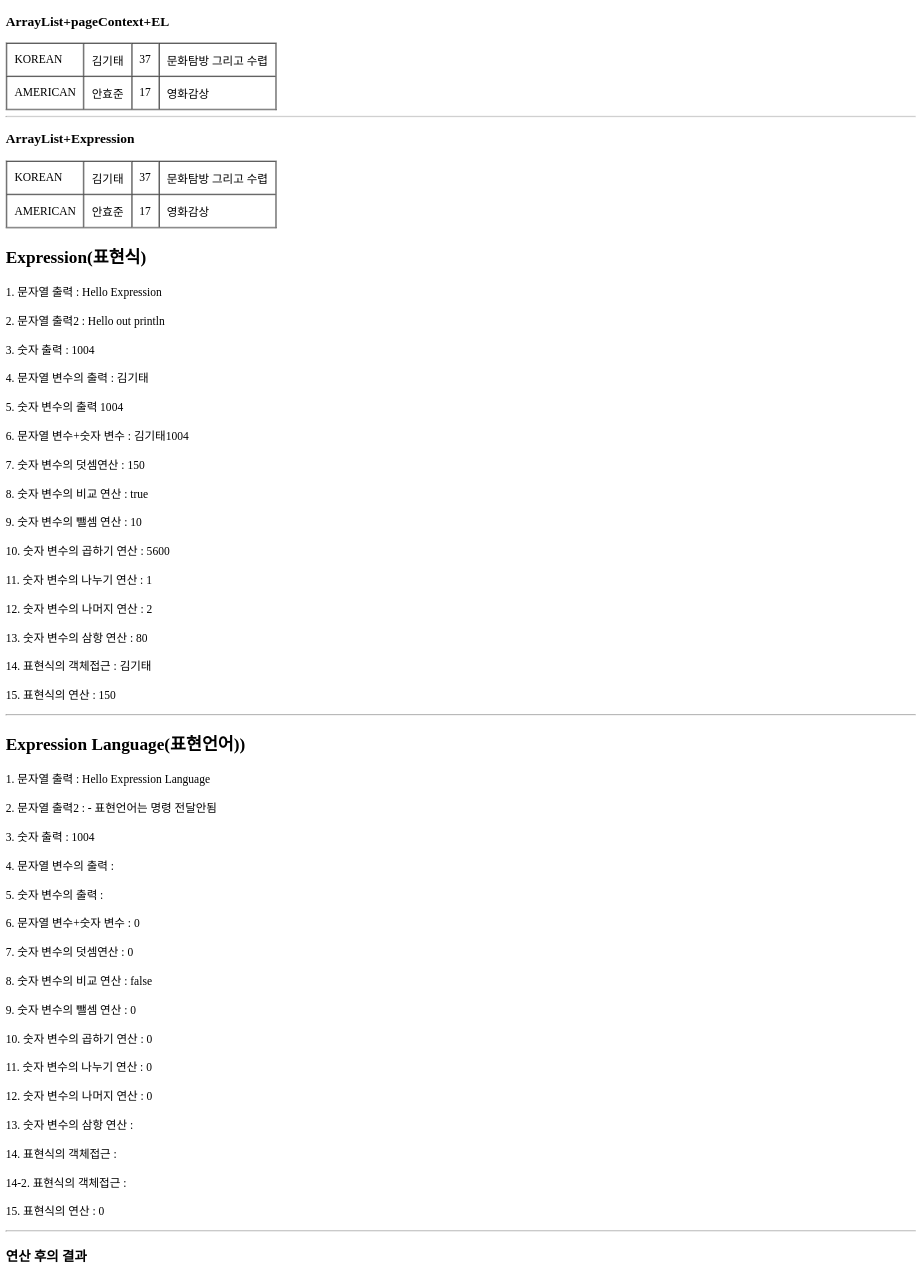
Repository: okgunyang/jsp
Page: http://localhost/practice02/04ExpressionOREL.jsp
The author's editor kept a copy of each file at every save. The page is drawn from the files as they stood at one save, then again after the next save.
The browser window is 1280 px wide. The pictures show the whole page, at 72% of full size.
The page is served by Tomcat 9.

Above is the page before, as saved 2022-11-10 03:42:52.

After the next save:
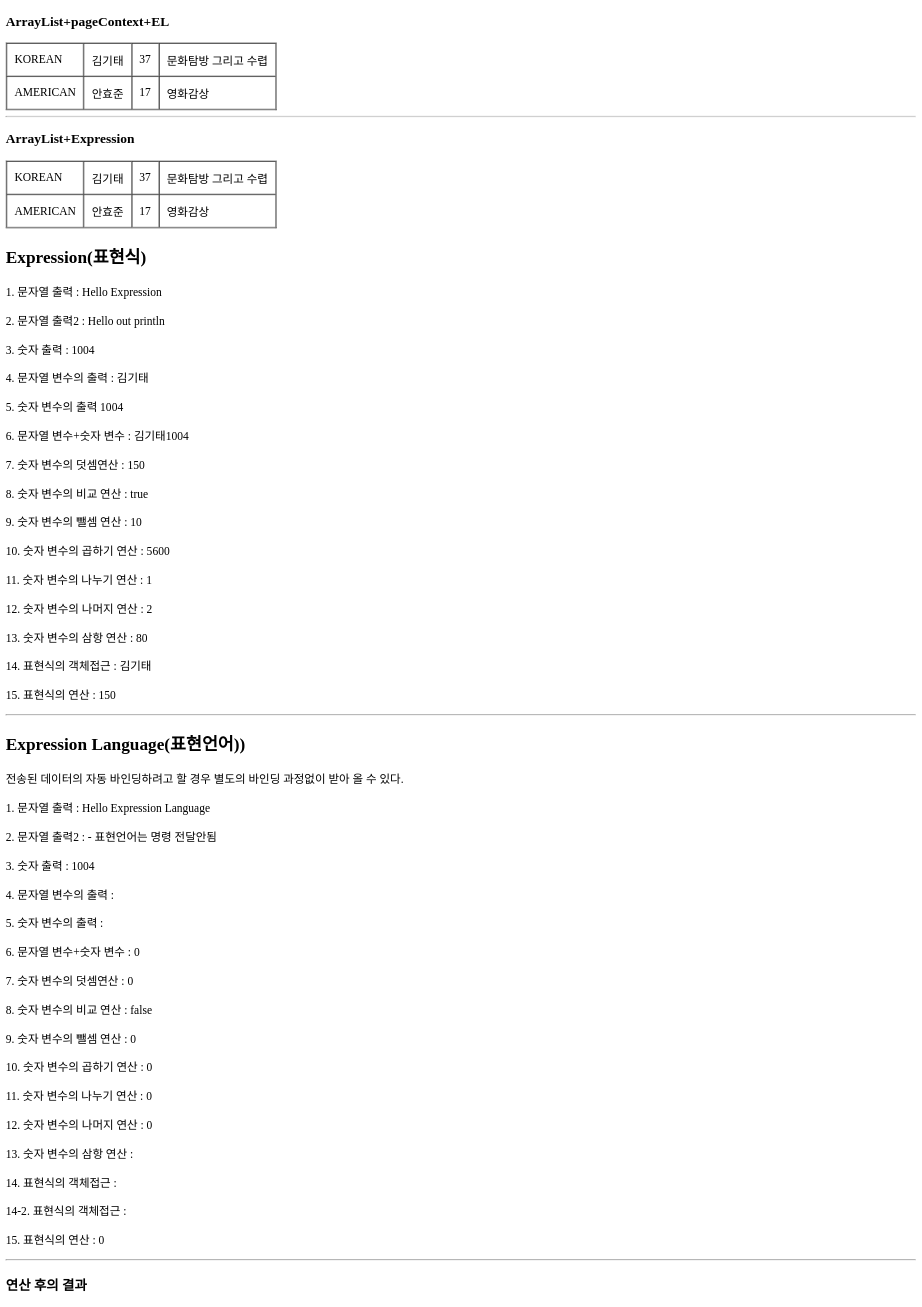
Saved 42 s later.
--- a/practice02/WebContent/04ExpressionOREL.jsp
+++ b/practice02/WebContent/04ExpressionOREL.jsp
@@ -87,6 +87,7 @@
 <p>15. 표현식의 연산 : <%=num3=num1+num2 %></p>
 <hr>
 <h2>Expression Language(표현언어))</h2>
+<p>전송된 데이터의 자동 바인딩하려고 할 경우 별도의 바인딩 과정없이 받아 올 수 있다.</p>
 <p>1. 문자열 출력 : ${"Hello Expression Language" }</p>
 <p>2. 문자열 출력2 : ${out.println("Hello out println") } - 표현언어는 명령 전달안됨</p>
 <p>3. 숫자 출력 : ${1004 }</p>
